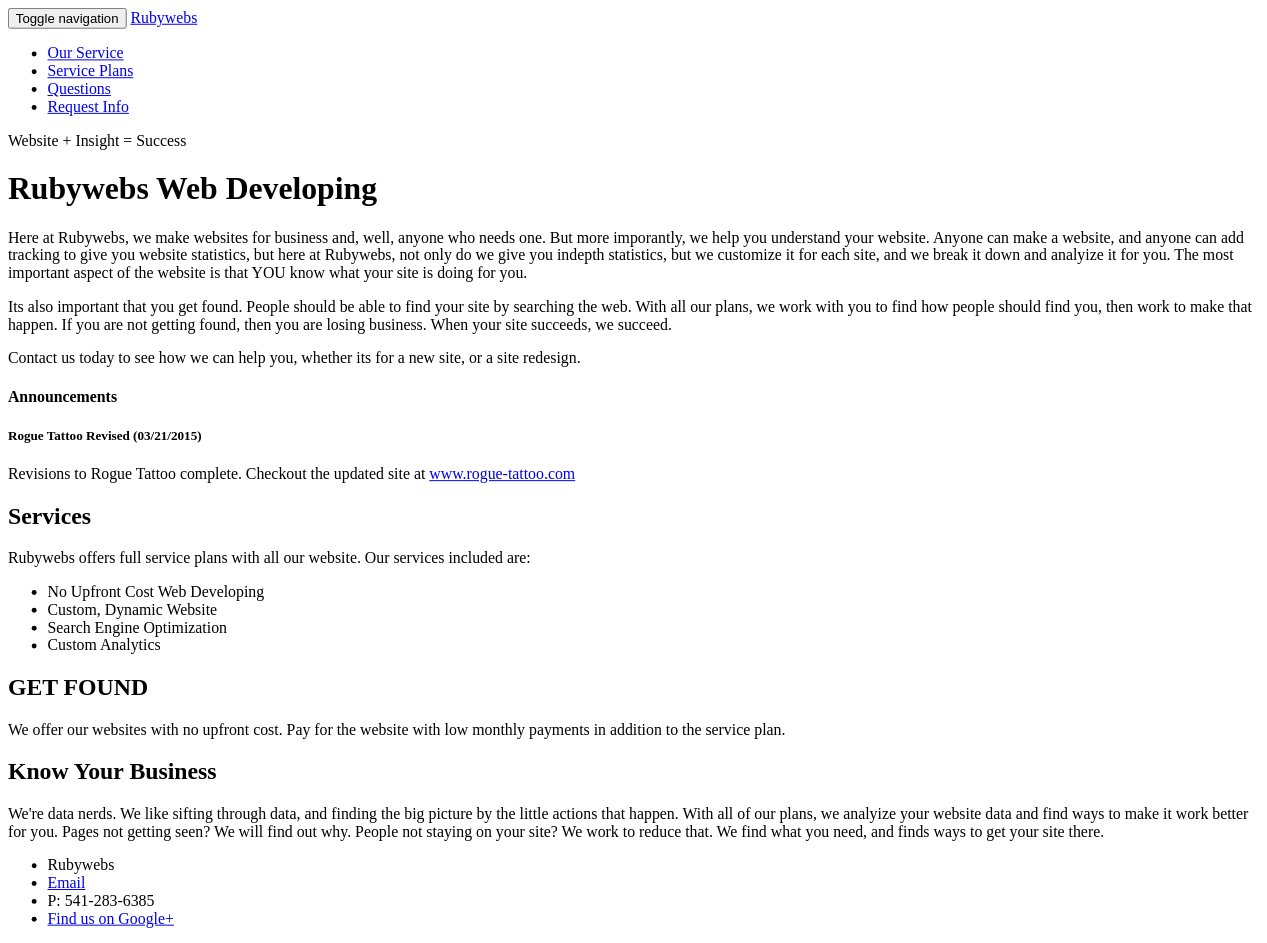
Repository: nlblunt/rubywebs
Page: app/assets/javascripts/html/index.html
The author's editor kept a record of every edit. The page is drawn from the files as they stood at one moment, then again after the next edit.
The browser window is 1280 px wide. The pictures show the whole page, at 99% of full size.

Above is the page before.

### app/assets/javascripts/html/index.html
<div class="container-fluid">
  <div class="row">
      <header>

      </header>


      <nav class="navbar navbar-default">
        <div class="navbar-header">
          <button type="button" class="navbar-toggle collapsed" data-toggle="collapse" data-target="#navbar-collapse-1">
            <span class="sr-only">Toggle navigation</span>
            <span class="icon-bar"></span>
            <span class="icon-bar"></span>
            <span class="icon-bar"></span>
          </button>
          <a id="navbar-brand-ruby" class="navbar-brand" href="/#!/">Rubywebs</a>
        </div>

        <div class="collapse navbar-collapse" id="navbar-collapse-1">
          <ul class="nav navbar-nav">
            <li><a href="#">Our Service</a></li>
            <li><a href="#">Service Plans</a></li>
            <li><a href="#">Questions</a></li>
            <li><a href="#">Request Info</a></li>
          </ul>

          <p id="slogan" class="text-ruby navbar-text pull-right">Website + Insight = Success</p>
        </div>
      </nav>
      </div>

  <div class="content">
    <div class="row">
      <div class="col-sm-8">
        <h1>Rubywebs Web Developing</h1>
        <p>Here at Rubywebs, we make websites for business and, well, anyone who needs one.  But more imporantly, we help you
        understand your website.  Anyone can make a website, and anyone can add tracking to give you website statistics, but here at Rubywebs,
        not only do we give you indepth statistics, but we customize it for each site, and we break it down and analyize it for you.
        The most important aspect of the website is that YOU know what your site is doing for you.</p>

        <p>Its also important that you get found.  People should be able to find your site by searching the web.  With all our plans,
        we work with you to find how people should find you, then work to make that happen.  If you are not getting found, then you
        are losing business.  When your site succeeds, we succeed.</p>

        <p>Contact us today to see how we can help you, whether its for a new site, or a site redesign.
        </p>
      </div>

      <div class="col-sm-4 updates">
        <h4>Announcements</h4>
        <h5>Rogue Tattoo Revised (03/21/2015)</h5>
        <p>Revisions to Rogue Tattoo complete.  Checkout the updated site at <a href="http://www.rogue-tattoo.com">www.rogue-tattoo.com</a></p>
      </div>
    </div>
  </div>

  <div class="row row-spacer">

  </div>

  <div class="content">
    <div class="row">
      <div class="col-sm-4 sm-margin-bottom info-card">
        <h2>Services</h2>
        <p>Rubywebs offers full service plans with all our website.  Our services included are:</p>
        <ul>
          <li>No Upfront Cost Web Developing</li>
          <li>Custom, Dynamic Website</li>
          <li>Search Engine Optimization</li>
          <li>Custom Analytics</li>
        </ul>
      </div>



      <div class="col-sm-4 sm-margin-bottom info-card">
        <h2>GET FOUND</h2>
        <p>We offer our websites with no upfront cost.  Pay for the website with low monthly payments in addition to the service plan.</p>
      </div>



      <div class="col-sm-4 sm-margin-bottom info-card">
        <h2>Know Your Business</h2>
        <p>We're data nerds.  We like sifting through data, and finding the big picture by the little actions that happen.  With all
        of our plans, we analyize your website data and find ways to make it work better for you.  Pages not getting seen?  We will find
        out why.  People not staying on your site?  We work to reduce that.  We find what you need, and finds ways to get your site there.</p>
      </div>
    </div>
  </div>

    <div class="row footer-background">
      <div class="row content">
      <footer>
        <div class="col-sm-4 sm-margin-bottom">
          <ul>
            <li>Rubywebs</li>
            <li><a href="mailto:nicolas.wb@outlook.com">Email</a></li>
            <li><phone>P: 541-283-6385</phone></li>
            <li><a href="https://plus.google.com/111061938625311669752" rel="publisher">Find us on Google+</a></li>
          </ul>
        </div>
      </footer>
      </div>
    </div>

</div>

After the next edit:
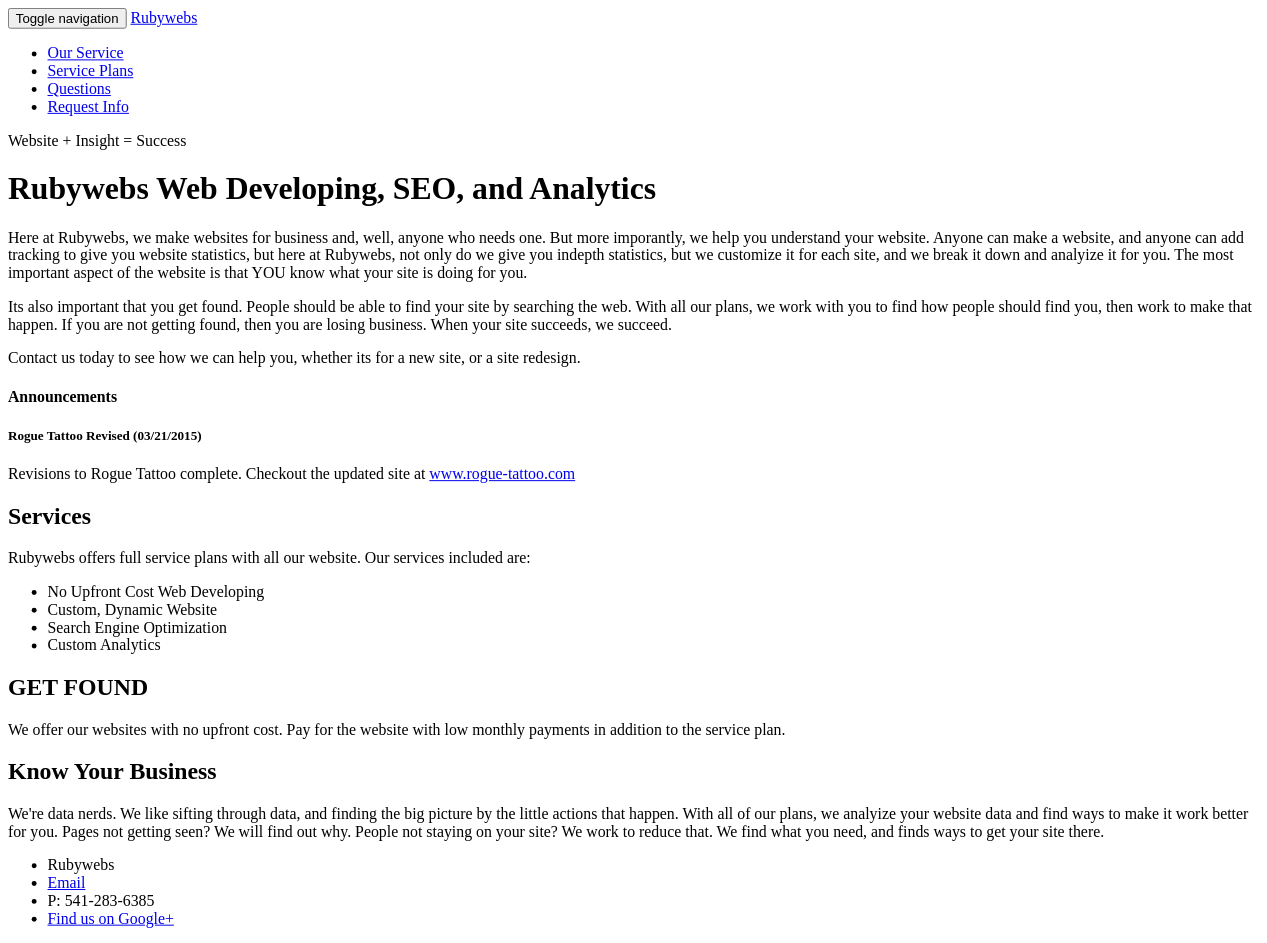
The edit:
--- a/app/assets/javascripts/html/index.html
+++ b/app/assets/javascripts/html/index.html
@@ -32,7 +32,7 @@
   <div class="content">
     <div class="row">
       <div class="col-sm-8">
-        <h1>Rubywebs Web Developing</h1>
+        <h1>Rubywebs Web Developing, SEO, and Analytics</h1>
         <p>Here at Rubywebs, we make websites for business and, well, anyone who needs one.  But more imporantly, we help you
         understand your website.  Anyone can make a website, and anyone can add tracking to give you website statistics, but here at Rubywebs,
         not only do we give you indepth statistics, but we customize it for each site, and we break it down and analyize it for you.
